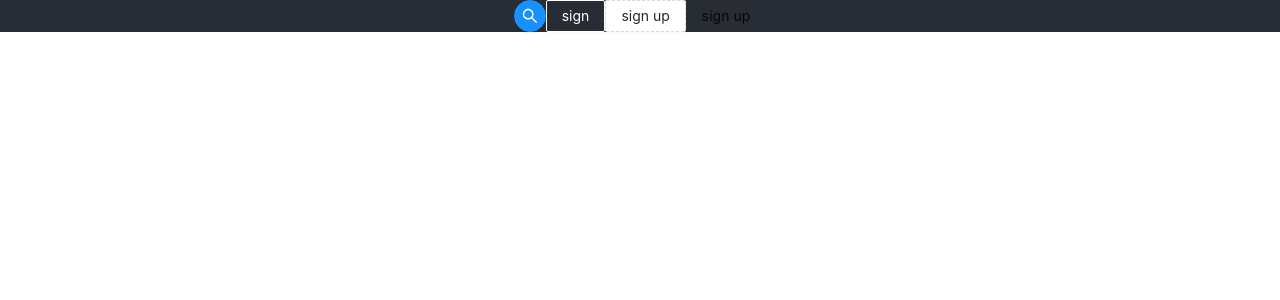
Repository: ErosHai/antd-demo
Page: /
An editor plug-in stored every save of this project. The page is shown before and after the next save, followed by the edit.
The browser window is 1280 px wide. The pictures show the whole page.
The project was rebuilt for these pictures with package versions that can differ from the ones it lists, and the page was loaded fresh each time.

Above is the page before, as saved 2022-04-12 13:58:39.

After the next save:
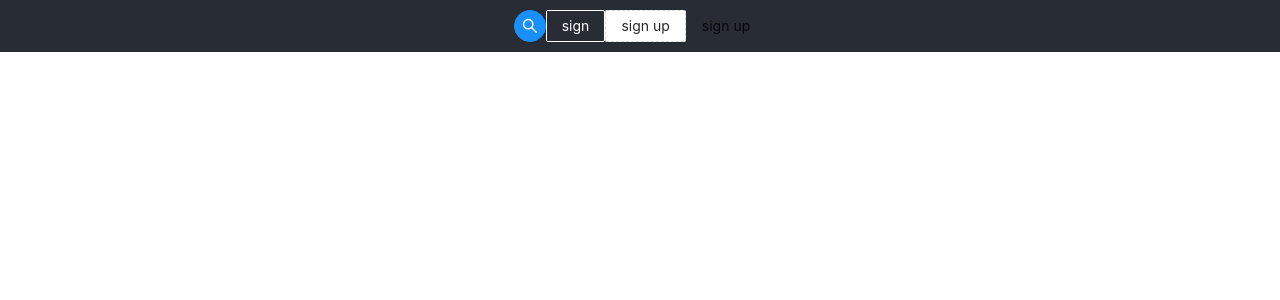
Saved 26 s later.
--- a/src/App.css
+++ b/src/App.css
@@ -3,6 +3,7 @@
 .App {
   text-align: center;
   background-color: #282c34;
+  padding:10px 0px;
 }
 
 .App-logo {
